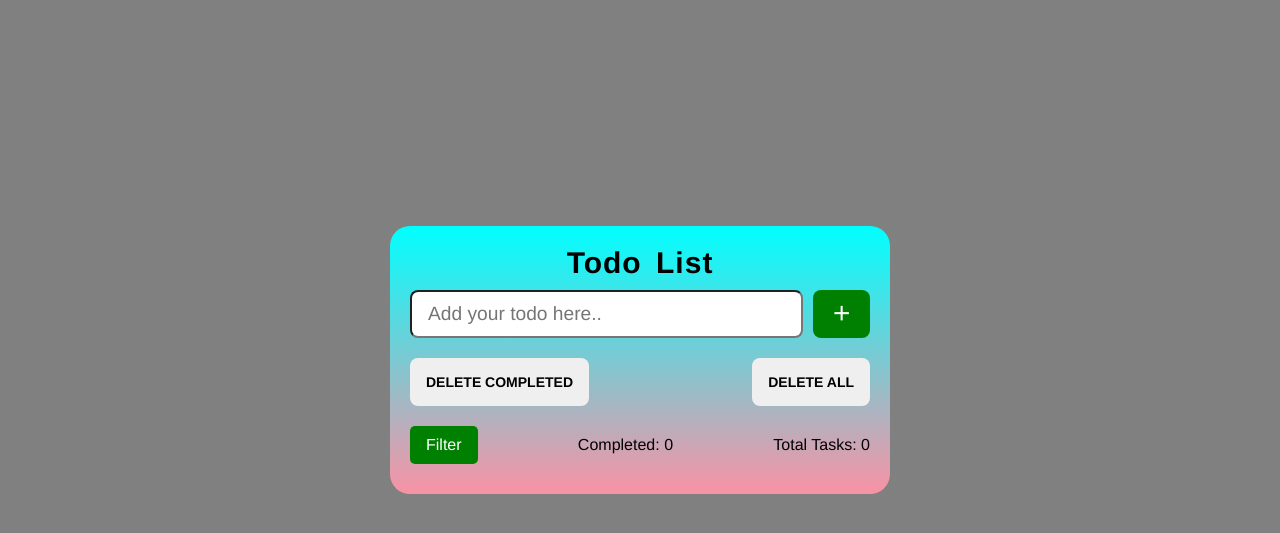
Repository: purnimapatel/to-do-list-CN-SkillTest-Assignment
Page: index.html
An editor plug-in stored every save of this project. The page is shown before and after the next save, followed by the edit.
The browser window is 1280 px wide. The pictures show the whole page.

Above is the page before, as saved 2024-06-02 14:08:44.

### index.html
<!DOCTYPE html>
<html lang="en" data-theme="bumblebee">

<head>
    <meta charset="UTF-8">
    <meta http-equiv="X-UA-Compatible" content="IE=edge">
    <meta name="viewport" content="width=device-width, initial-scale=1.0">
    <!-- css -->
    <link rel="stylesheet" href="style.css">
    <!--Icons-->
    <link href='https://unpkg.com/boxicons@2.1.2/css/boxicons.min.css' rel='stylesheet'>
    <link rel="icon" type="image/x-icon" href="to do.png">

    <title>Todolist</title>
</head>

<body>

    <!-- main todo container -->
    <div class="container">
        <!-- header that has input and add button -->
        <header>
            <h1>Todo List</h1>

            <div class="input-section">
                <input id="todo-input" type="text" placeholder="Add your todo here.."
                    class="input w-full max-w-xs" />
                <button id="add-button" class="btn btn-add ">
                    <i class="bx bx-plus bx-sm"></i>
                </button>
            </div>
        </header>

        <!-- delete buttons -->

        <div class="todos-filter">

            <button id="delete-completed" class="btn btn-ghost delete-selected-btn">
                Delete Completed
            </button>
            <button id="delete-all" class="btn btn-ghost delete-all-btn">
                Delete All
            </button>
        </div>


        <!-- this is the dynamic content which dds ups all the todos -->
        <ul id="all-todos" class="todos-list">

        </ul>


        <!-- dropdown throgh which we can apply filters -->
        <div class="filters">
            <div class="dropdown">
                <button class="dropbtn">Filter</button>
                <div class="dropdown-content">
                    <a href="#" id="all">All</a>
                    <a href="#" id="rem">Pending</a>
                    <a href="#" id="com">Completed</a>
                </div>
            </div>

            <!-- value showing completed task and all -->
            <div class="completed-task">
                <p>Completed: <span id="c-count">0</span></p>
            </div>
            <div class="remaining-task">
                <p>Total Tasks: <span id="r-count">0</span></p>
            </div>
        </div>
    </div>

    <!-- JS -->
    <script src="app.js"></script>

</body>

</html>

### style.css
@import url('https://fonts.googleapis.com/css2?family=Poppins:wght@200;300;400;500;600;800;900&display=swap');

/* for whole documents */
* {
    margin: 0;
    padding: 0;
    box-sizing: border-box;
    font-family:'Franklin Gothic Medium', 'Arial Narrow', Arial, sans-serif;
}

/* for hide scroll bar */
::-webkit-scrollbar {
    display: none;
}

body{
    position: relative;
    height: 100vh;
    display: flex;
    justify-content: center;
    align-items: center;
    background-color: grey;
}



.container {
    display: flex;
    align-items: center;
    justify-content: center;
    flex-direction: column;
    margin: 0 400px;
    min-width: 500px;
    max-width: 1000px;
    background-image: linear-gradient(aqua, rgb(249, 146, 164));
    border-radius: 20px;
    padding: 20px;
}
/* header */

.container header {
    display: flex;
    justify-content: center;
    align-items: center;
    flex-direction: column;
    width: 100%;
    margin-bottom: 20px;
}

header h1 {
    font-size: 30px;
    font-weight: bolder;
    margin-bottom: 10px;
    letter-spacing: 1px;
    word-spacing: 5px;
}


/* input-section */

header .input-section {
    width: 100%;
    display: flex;
    flex-direction: row;
    justify-content: space-between;
    align-items: center;
    width: 100%;
    height: 100%;
}

.input-section input {
    margin-right: 10px;
    max-width: 100%;
}
.max-w-xs {
    max-width: 20rem;
}
.w-full {
    width: 100%;
}

.input {
    border-radius: 0.5rem;
    height: 3rem;
    border-width: 2px black solid;
    flex-shrink: 1;
    padding: 0rem 1rem;
    font-size: 1.2rem;
    line-height: 2;
}

/* todofilters */

.todos-filter, .filters {
    display: flex;
    justify-content: space-between;
    align-items: center;
    width: 100%;
    height: 100%;
    margin-bottom: 10px;
}
.filters {
  margin-top: 10px;
}


.todos-list {
    display: flex;
    flex-direction: column;
    justify-content: space-between;
    align-items: center;
    min-height: 100%;
    max-height: 54vh;
    overflow-y: scroll;
    width: 100%;
}

.todos-list .todo-item{
    display: flex;
    flex-direction: row;
    justify-content: space-between;
    align-items: center;
    padding: 10px;
    width: 100%;
}

.todo-item{
      background-color: wheat;
      border-radius: 12px;
      margin-bottom: 5px;
}

.todo-item p{
    margin-right: 10px;
    font-size: 1.4rem;
}

.todo-item .todo-actions {
    display: flex;
    flex-direction: row;
    align-items: center;
    justify-content: end;
    width: 100%;
    height: 100%;
}

.todo-actions button:not(:last-child){
    margin-right: 10px;
}

.di, .ci{
    pointer-events: none;
}


.line{
    text-decoration: line-through;
}


/*buttons styling*/
.btn{
    cursor: pointer;
    user-select: none;
    border: none;
    outline: none;
    text-align: center;
    border-radius: 0.5rem;
    height: 3rem;
    min-height: 3rem;
    text-transform: uppercase;
    border-width:1px;
    animation: button-pop var(--animation-btn,.25s)ease-in-out;
    flex-wrap: wrap;
    flex-shrink: 0;
    justify-content: center;
    align-items: center;
    padding-left: 1rem;
    padding-right: 1rem;
    font-size: .875rem;
    font-weight: 600;
    line-height: 1em;
    text-decoration-line: none;
    transition: .2s all cubic-bezier(.4,0,.2,1);
    display: inline-flex;
}

.btn:hover{
    background-color: rgb(108, 109, 110);
    color: white;
}


.btn-add{
    background-color: green;
    color: white
}
.btn-add:hover{
    background-color: blue;
    color:rgb(255, 221, 0);
}

.btn-success{
    opacity: 1;
    background-color:rgb(50, 177, 50);
    color: white
}

.btn-success:hover{
    background-color: white;
    color:rgb(50, 177, 50);
}

.btn-error{
    opacity: 1;
    background-color:rgb(246, 77, 4);
    color: white
}
.btn-error:hover{
    background-color: white;
    color:rgb(246, 77, 4);
}
/*
dropdown*/
.dropbtn {
    background-color: green;
    color: white;
    padding: 10px 16px;
    font-size: 16px;
    border: none;
    cursor: pointer;
    border-radius: 5px;
  }

  .dropdown {
    position: relative;
    display: inline-block;
  }

  .dropdown-content {
    display: none;
    position: absolute;
    background-color: #f9f9f9;
    min-width: 160px;
    box-shadow: 0px 8px 16px 0px rgba(0,0,0,0.2);
    z-index: 1;
  }

  .dropdown-content a {
    color: black;
    padding: 12px 16px;
    text-decoration: none;
    display: block;
  }

  .dropdown-content a:hover {background-color: #f1f1f1}

  .dropdown:hover .dropdown-content {
    display: block;
  }

  .dropdown:hover .dropbtn {
    background-color: blue;
    color: yellowgreen;
  }



/* Responsive */
@media only screen and (max-width: 530px) {
    .container {
        margin: 0 20px;
        max-width: 96%;
        min-width: 96%;
    }
}

### app.js

var todoList = []
var comdoList = [];
var remList = [];
var addButton = document.getElementById("add-button")
var todoInput = document.getElementById("todo-input")
var deleteAllButton = document.getElementById("delete-all")
var allTodos = document.getElementById("all-todos");
var deleteSButton = document.getElementById("delete-completed")


//event listners for add and delete
addButton.addEventListener("click", add)
deleteAllButton.addEventListener("click", deleteAll)
deleteSButton.addEventListener("click", deleteS)


//event listeners for filtersk
document.addEventListener('click', (e) => {
    if (e.target.className.split(' ')[0] == 'complete' || e.target.className.split(' ')[0] == 'ci') {
        completeTodo(e);
    }
    if (e.target.className.split(' ')[0] == 'delete' || e.target.className.split(' ')[0] == 'di') {
        deleteTodo(e)
    }
    if (e.target.id == "all") {
        viewAll();
    }
    if (e.target.id == "rem") {
        viewRemaining();
    }
    if (e.target.id == "com") {
        viewCompleted();
    }

})
//event listner for enter key
todoInput.addEventListener('keypress', (e) => {
    if (e.key === 'Enter') {
        add();
    }
});


//updates the all the remaining, completed and main list
function update() {
    comdoList = todoList.filter((ele) => {
        return ele.complete

    })
    remList = todoList.filter((ele) => {
        return !ele.complete
    })
    document.getElementById("r-count").innerText = todoList.length.toString();
    document.getElementById("c-count").innerText = comdoList.length.toString();

}

//adds the task in main list

function add() {
    var value = todoInput.value;
    if (value === '') {
        alert("😮 Task cannot be empty")
        return;
    }
    todoList.push({
        task: value,
        id: Date.now().toString(),
        complete: false,
    });

    todoInput.value = "";
    update();
    addinmain(todoList);
}


//renders the main list and views on the main content

function addinmain(todoList) {
    allTodos.innerHTML = ""
    todoList.forEach(element => {
        var x = `<li id=${element.id} class="todo-item">
    <p id="task"> ${element.complete ? `<strike>${element.task}</strike>` : element.task} </p>
    <div class="todo-actions">
                <button class="complete btn btn-success">
                    <i class=" ci bx bx-check bx-sm"></i>
                </button>

                <button class="delete btn btn-error" >
                    <i class="di bx bx-trash bx-sm"></i>
                </button>
            </div>
        </li>`
        allTodos.innerHTML += x
    });
}


//deletes and indiviual task and update all the list
function deleteTodo(e) {
    var deleted = e.target.parentElement.parentElement.getAttribute('id');
    todoList = todoList.filter((ele) => {
        return ele.id != deleted
    })

    update();
    addinmain(todoList);

}

//completes indiviaula task and updates all the list
function completeTodo(e) {
    var completed = e.target.parentElement.parentElement.getAttribute('id');
    todoList.forEach((obj) => {
        if (obj.id == completed) {
            if (obj.complete == false) {
                obj.complete = true
                e.target.parentElement.parentElement.querySelector("#task").classList.add("line");
            } else {
                obj.complete = false

                e.target.parentElement.parentElement.querySelector("#task").classList.remove("line");
            }
        }
    })

    update();
    addinmain(todoList);
}


//deletes all the tasks
function deleteAll(todo) {

    todoList = []

    update();
    addinmain(todoList);

}

//deletes only completed task
function deleteS(todo) {

    todoList = todoList.filter((ele) => {
        return !ele.complete;
    })


    update();
    addinmain(todoList);

}


// functions for filters
function viewCompleted() {
    addinmain(comdoList);
}

function viewRemaining() {

    addinmain(remList);
}
function viewAll() {
    addinmain(todoList);
}

After the next save:
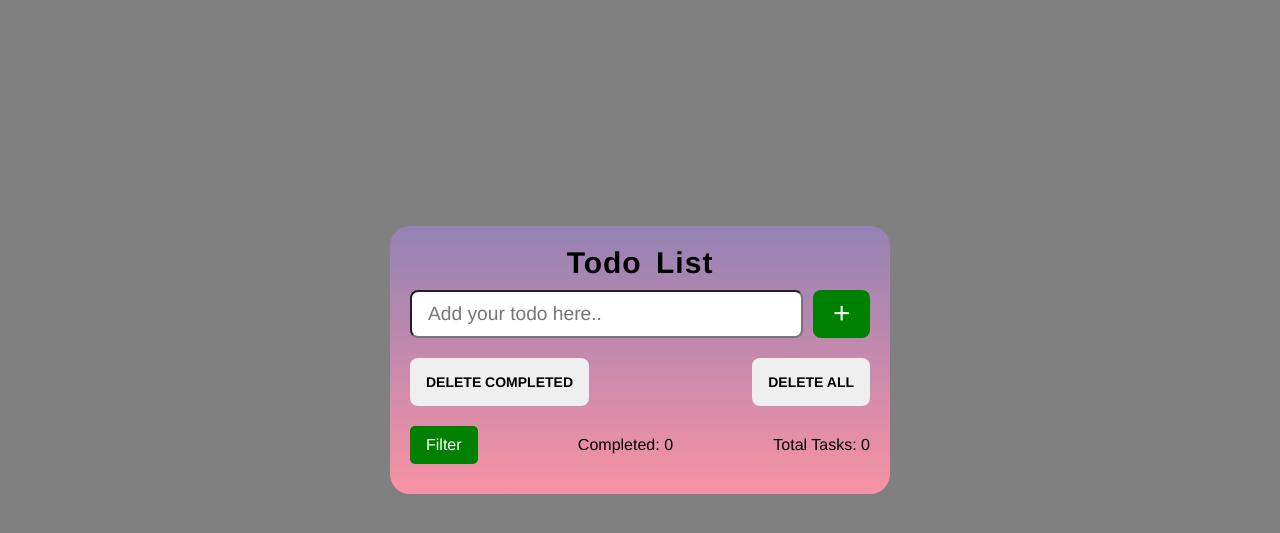
Saved 40 s later.
--- a/style.css
+++ b/style.css
@@ -32,7 +32,7 @@ body{
     margin: 0 400px;
     min-width: 500px;
     max-width: 1000px;
-    background-image: linear-gradient(aqua, rgb(249, 146, 164));
+    background-image: linear-gradient(rgb(148, 130, 180), rgb(249, 146, 164));
     border-radius: 20px;
     padding: 20px;
 }
